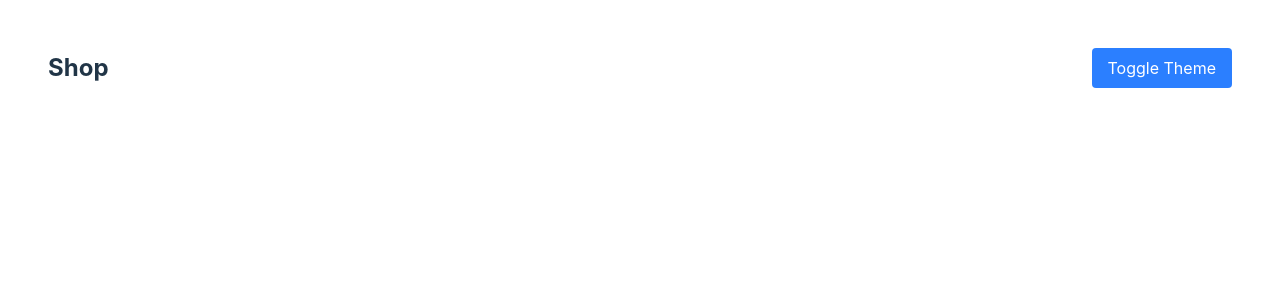
Repository: mohamed-omar-mubark/shopping-cart-vue
Page: /
The author's editor kept a copy of each file at every save. The page is drawn from the files as they stood at one save, then again after the next save.
The browser window is 1280 px wide. The pictures show the whole page.
The project was rebuilt for these pictures with package versions that can differ from the ones it lists, and the page was loaded fresh each time. Also part of the build but not shown: vite.config.js.

Above is the page before, as saved 2025-01-25 10:41:58.

After the next save:
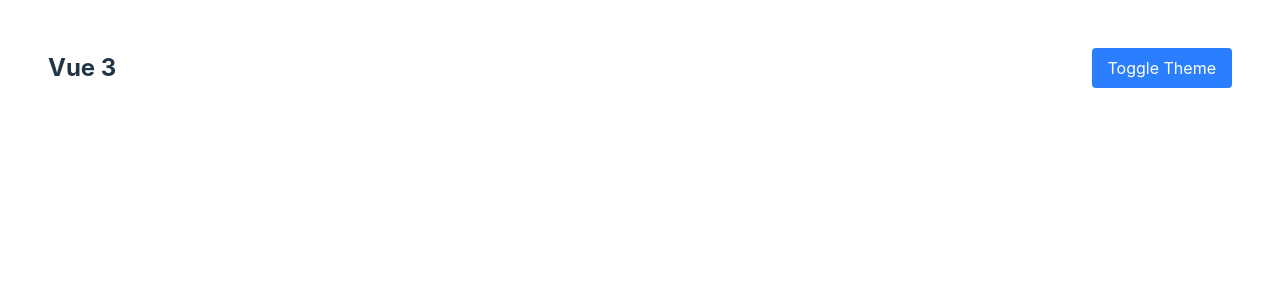
Saved 6 s later.
--- a/src/components/Header.vue
+++ b/src/components/Header.vue
@@ -1,6 +1,6 @@
 <template>
   <div class="flex justify-between items-center p-4">
-    <h1 class="text-2xl font-bold">Shop</h1>
+    <h1 class="text-2xl font-bold">Vue 3</h1>
     <button
       class="px-4 py-2 bg-blue-500 text-white rounded"
       @click="toggleTheme">
@@ -9,12 +9,4 @@
   </div>
 </template>
 
-<script setup>
-  import { ref } from "vue";
-
-  const theme = ref("light-theme");
-
-  const toggleTheme = () => {
-    theme.value = theme.value === "light-theme" ? "dark-theme" : "light-theme";
-  };
-</script>
+<script setup></script>

After the save that followed:
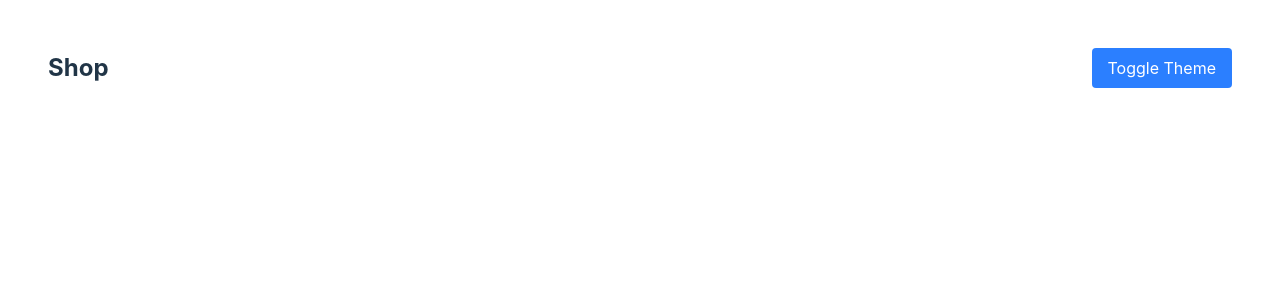
Saved 9 s later.
--- a/src/components/Header.vue
+++ b/src/components/Header.vue
@@ -1,6 +1,6 @@
 <template>
   <div class="flex justify-between items-center p-4">
-    <h1 class="text-2xl font-bold">Vue 3</h1>
+    <h1 class="text-2xl font-bold">Shop</h1>
     <button
       class="px-4 py-2 bg-blue-500 text-white rounded"
       @click="toggleTheme">
